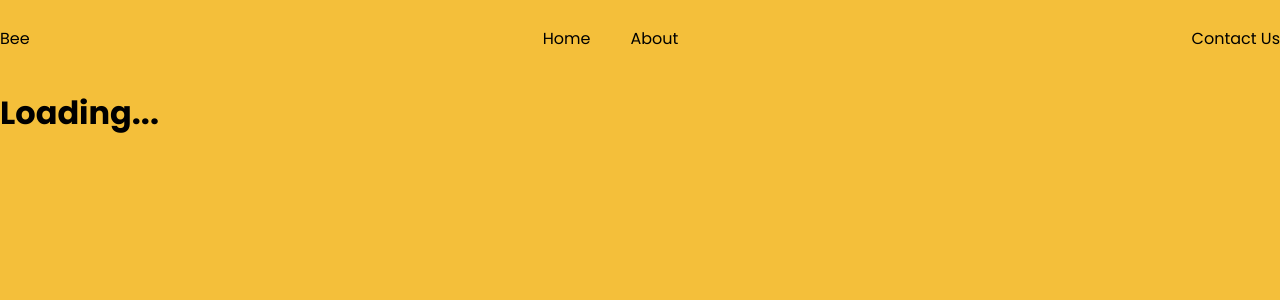
Repository: ble-syn/Random-user-generator-app
Page: /
The author's editor kept a copy of each file at every save. The page is drawn from the files as they stood at one save, then again after the next save.
The browser window is 1280 px wide. The pictures show the whole page.
The page's requests for data from a server got no answer. The project was rebuilt for these pictures with package versions that can differ from the ones it lists, and the page was loaded fresh each time. No one was signed in, and anything a server would have sent is missing. Also part of the build but not shown: src/components/pagination.jsx, src/components/ErrorFallback.jsx, src/components/User.jsx, src/pages/About.jsx, src/pages/Policy.jsx, src/pages/Terms.jsx, src/pages/Contact.jsx, src/pages/NotFound.jsx.

Above is the page before, as saved 2022-10-28 17:49:52.

After the next save:
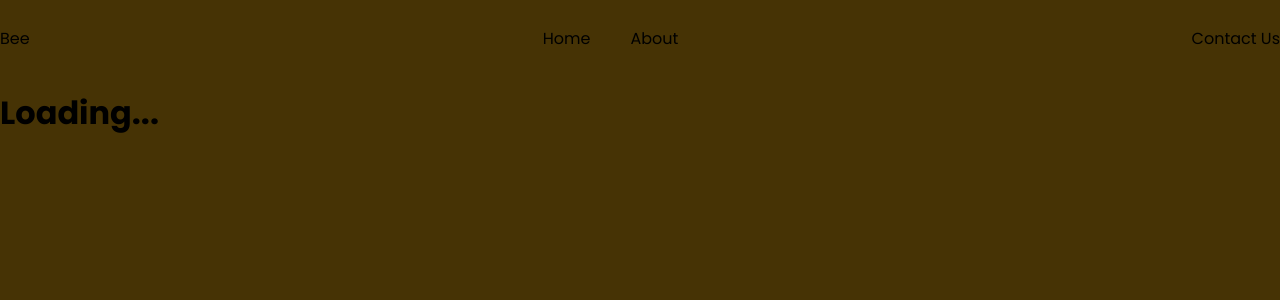
Saved 15 s later.
--- a/src/index.css
+++ b/src/index.css
@@ -10,7 +10,7 @@ a {
 }
 
 body {
-  background-color: #F4BF3A;
+  background-color: #463305;
   font-family: "Poppins", sans-serif;
 }
 .container {
